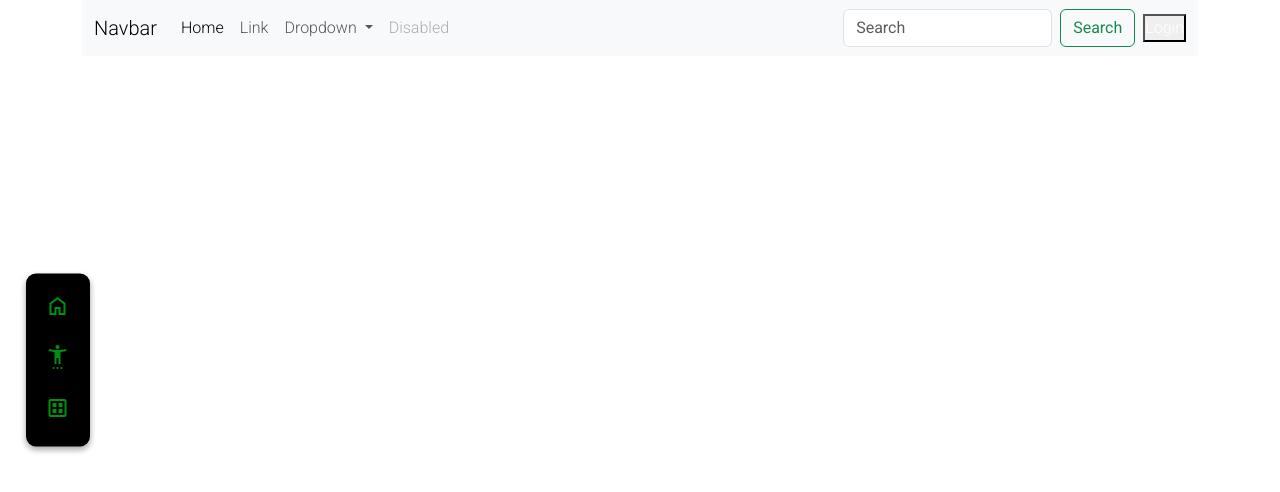
Repository: tuankiet10920/homeworkFEF
Page: /about
These files come from the project's save history. The page is drawn as it stood at one moment and after the next save; the edit follows.
The browser window is 1280 px wide. The pictures show the whole page.
The project was rebuilt for these pictures with package versions that can differ from the ones it lists, and the page was loaded fresh each time. Also part of the build but not shown: vite.config.js, src/views/HomeView.vue. Imported but missing from the stored project, and not drawn on this page: src/assets/audio/intro.mp3.

Above is the page before, as saved 2024-11-10 17:50:53.

### index.html
<!doctype html>
<html lang="en">
  <head>
    <meta charset="UTF-8" />
    <link rel="icon" href="/favicon.ico" />
    <meta name="viewport" content="width=device-width, initial-scale=1.0" />
    <link
      href="https://cdn.jsdelivr.net/npm/bootstrap@5.3.3/dist/css/bootstrap.min.css"
      rel="stylesheet"
      integrity="sha384-QWTKZyjpPEjISv5WaRU9OFeRpok6YctnYmDr5pNlyT2bRjXh0JMhjY6hW+ALEwIH"
      crossorigin="anonymous"
    />
    <link
      rel="stylesheet"
      href="https://fonts.googleapis.com/css2?family=Material+Symbols+Outlined:opsz,wght,FILL,GRAD@20..48,100..700,0..1,-50..200"
    />
    <link rel="preconnect" href="https://fonts.googleapis.com" />
    <link rel="preconnect" href="https://fonts.gstatic.com" crossorigin />
    <link
      href="https://fonts.googleapis.com/css2?family=Roboto:ital,wght@0,100;0,300;0,400;0,500;0,700;0,900;1,100;1,300;1,400;1,500;1,700;1,900&display=swap"
      rel="stylesheet"
    />
    <title>Vite App</title>
    <link rel="stylesheet" href="./src/assets/css/main.css" />
  </head>
  <body>
    <div id="app"></div>
    <script
      src="https://cdn.jsdelivr.net/npm/bootstrap@5.3.3/dist/js/bootstrap.bundle.min.js"
      integrity="sha384-YvpcrYf0tY3lHB60NNkmXc5s9fDVZLESaAA55NDzOxhy9GkcIdslK1eN7N6jIeHz"
      crossorigin="anonymous"
    ></script>
    <script type="module" src="/src/main.js"></script>
  </body>
</html>

### src/assets/css/main.css
* {
  margin: 0;
  padding: 0;
  box-sizing: border-box;
  text-decoration: none;
  color: #000;
  font-size: 16px;
  font-family: 'Roboto', sans-serif;
  font-weight: 300;
  font-style: normal;
}

### src/App.vue
<script setup>
import { RouterLink, RouterView } from 'vue-router'
import GetSrcImage from './assets/help/getSrcImage.js'
import Icon from './components/Icon.vue'
</script>

<template>
  <header>
    <div class="wrapper">
      <nav>
        <RouterLink to="/">
          <Icon iconName="home" />
        </RouterLink>

        <RouterLink to="/about">
          <Icon iconName="settings_accessibility" />
        </RouterLink>

        <RouterLink to="/labs">
          <Icon iconName="dataset" />
        </RouterLink>
      </nav>
    </div>
  </header>
  <RouterView />
</template>

<style scoped>
.wrapper nav a {
  margin-bottom: 20px;
  width: fit-content;
  text-decoration: none;
}
.wrapper nav a span {
  color: #009011;
}
.wrapper nav a:last-child {
  margin-bottom: 0;
}
nav {
  display: flex;
  flex-direction: column;
  justify-content: center;
  position: absolute;
  top: 50%;
  left: 2%;
  transform: translateY(-50%);
  padding: 20px;
  border-radius: 10px;
  background: #000;
  box-shadow:
    rgba(0, 0, 0, 0.16) 0px 3px 6px,
    rgba(0, 0, 0, 0.23) 0px 3px 6px;
}
</style>

### src/router/index.js
import { createRouter, createWebHistory } from 'vue-router'
import HomeView from '../views/HomeView.vue'

const router = createRouter({
  history: createWebHistory(import.meta.env.BASE_URL),
  routes: [
    {
      path: '/',
      name: 'home',
      component: HomeView,
    },
    {
      path: '/about',
      name: 'about',
      // route level code-splitting
      // this generates a separate chunk (About.[hash].js) for this route
      // which is lazy-loaded when the route is visited.
      component: () => import('../views/AboutView.vue'),
    },
    {
      path: '/labs',
      name: 'labs',
      component: () => import('../views/LabView.vue'),
    }
  ],
})

export default router

### src/assets/help/getSrcImage.js
const getSrcImage = (image) => {
    let __path = 'http://localhost:5173/src/assets/img/'
    return __path + image
}
export default getSrcImage

### src/components/Icon.vue
<script setup>
const props = defineProps(['iconName'])
</script>
<template>
  <span class="material-symbols-outlined"> {{ props.iconName }} </span>
</template>
<style scoped></style>

### src/views/AboutView.vue
<script setup>
import Bai5 from '../Labs/Lab3/Bai5.vue'
</script>
<template>
  <Bai5 />
</template>

<style></style>

### src/Labs/Lab3/Bai5.vue
<script setup></script>
<template>
  <div class="container">
    <nav class="navbar navbar-expand-lg bg-body-tertiary">
      <div class="container-fluid">
        <a class="navbar-brand" href="#">Navbar</a>
        <button
          class="navbar-toggler"
          type="button"
          data-bs-toggle="collapse"
          data-bs-target="#navbarSupportedContent"
          aria-controls="navbarSupportedContent"
          aria-expanded="false"
          aria-label="Toggle navigation"
        >
          <span class="navbar-toggler-icon"></span>
        </button>
        <div class="collapse navbar-collapse" id="navbarSupportedContent">
          <ul class="navbar-nav me-auto mb-2 mb-lg-0">
            <li class="nav-item">
              <a class="nav-link active" aria-current="page" href="#">Home</a>
            </li>
            <li class="nav-item">
              <a class="nav-link" href="#">Link</a>
            </li>
            <li class="nav-item dropdown">
              <a
                class="nav-link dropdown-toggle"
                href="#"
                role="button"
                data-bs-toggle="dropdown"
                aria-expanded="false"
              >
                Dropdown
              </a>
              <ul class="dropdown-menu">
                <li><a class="dropdown-item" href="#">Action</a></li>
                <li><a class="dropdown-item" href="#">Another action</a></li>
                <li><hr class="dropdown-divider" /></li>
                <li>
                  <a class="dropdown-item" href="#">Something else here</a>
                </li>
              </ul>
            </li>
            <li class="nav-item">
              <a class="nav-link disabled" aria-disabled="true">Disabled</a>
            </li>
          </ul>
          <form class="d-flex" role="search">
            <input
              class="form-control me-2"
              type="search"
              placeholder="Search"
              aria-label="Search"
            />
            <button class="btn btn-outline-success" type="submit">
              Search
            </button>
          </form>
          <div class="auth d-flex align-items-center ms-2" style="height: 100%">
            <button class="btn-warning text-white mb-0">Login</button>
            <div class="auth-success d-flex align-items-center d-none">
              <p class="text-warning mb-0">Name user</p>
              <button type="button" class="btn btn-warning">Logout</button>
            </div>
          </div>
        </div>
      </div>
    </nav>
  </div>
</template>
<style scoped></style>

Loaded but not shown: src/main.js (common file)

After the next save:
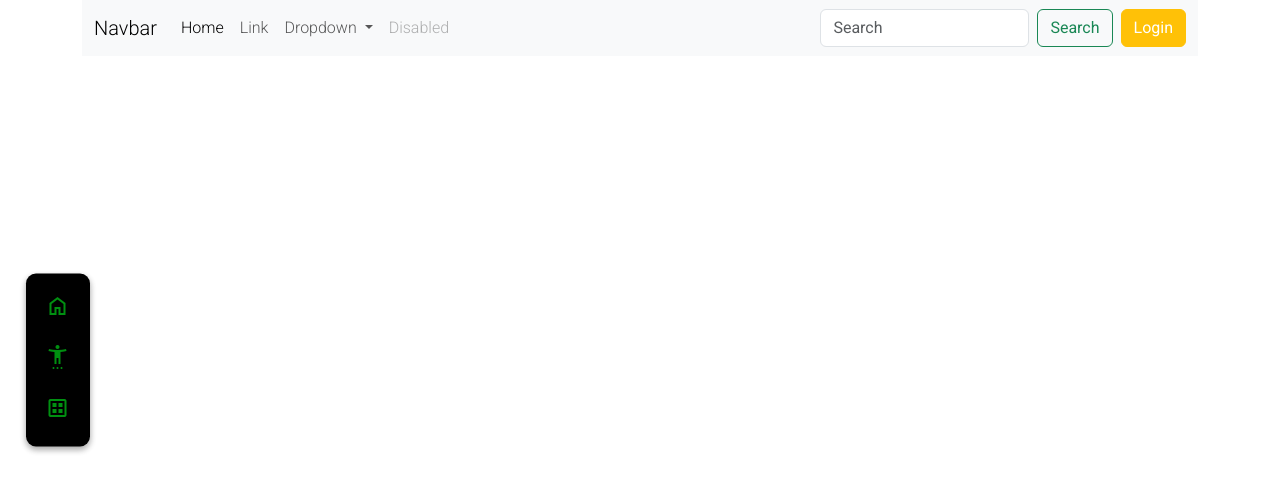
Saved 5 s later.
--- a/src/Labs/Lab3/Bai5.vue
+++ b/src/Labs/Lab3/Bai5.vue
@@ -58,7 +58,7 @@
             </button>
           </form>
           <div class="auth d-flex align-items-center ms-2" style="height: 100%">
-            <button class="btn-warning text-white mb-0">Login</button>
+            <button class="btn btn-warning text-white mb-0">Login</button>
             <div class="auth-success d-flex align-items-center d-none">
               <p class="text-warning mb-0">Name user</p>
               <button type="button" class="btn btn-warning">Logout</button>
